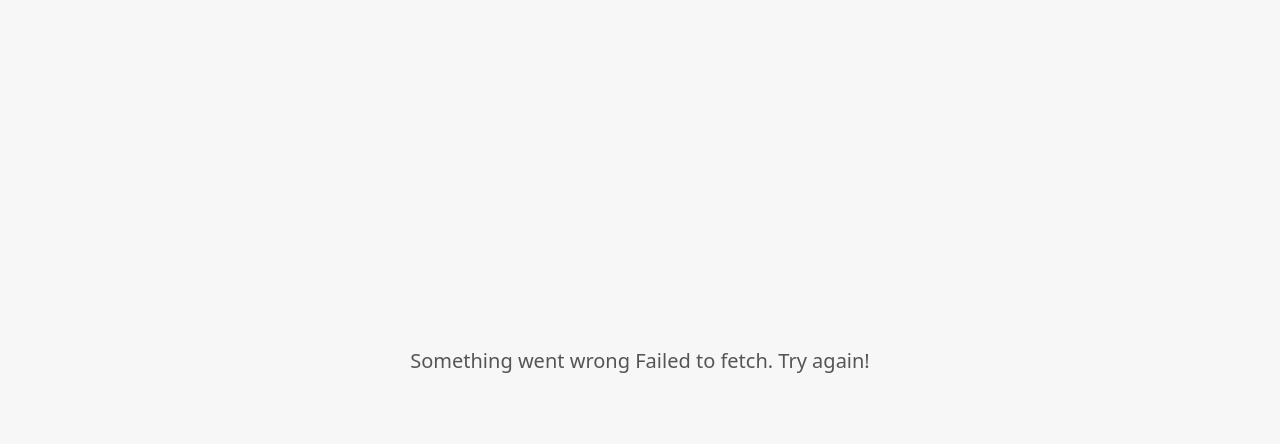
Repository: otvertka/jsc_16
Page: index.html
The author's editor kept a copy of each file at every save. The page is drawn from the files as they stood at one save, then again after the next save.
The browser window is 1280 px wide. The pictures show the whole page.
The page's requests for data from a server got no answer.

Above is the page before, as saved 2023-03-12 13:27:30.

After the next save:
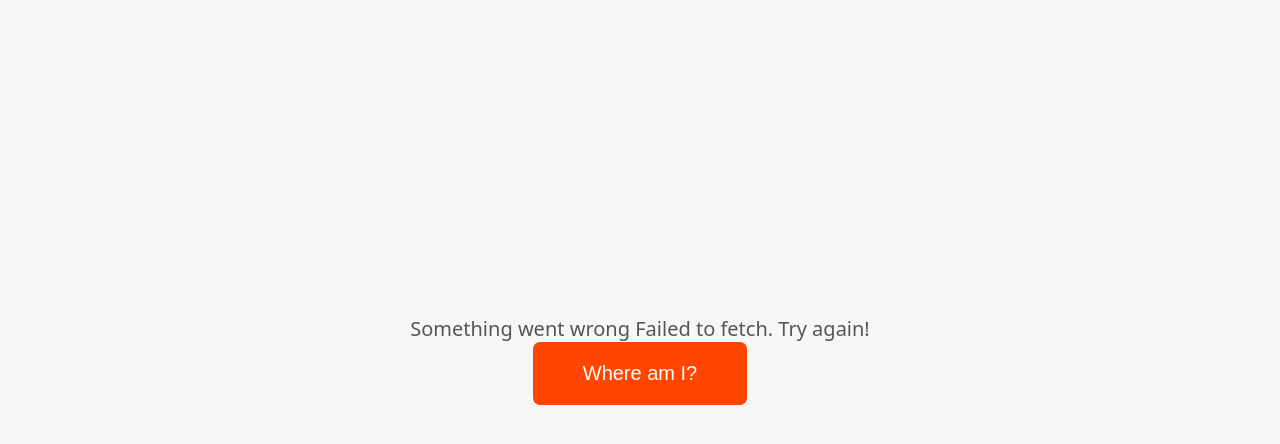
Saved 43 s later.
--- a/index.html
+++ b/index.html
@@ -24,7 +24,7 @@
         </article>
         -->
       </div>
-      <!-- <button class="btn-country">Where am I?</button> -->
+      <button class="btn-country">Where am I?</button>
       <div class="images"></div>
     </main>
   </body>
